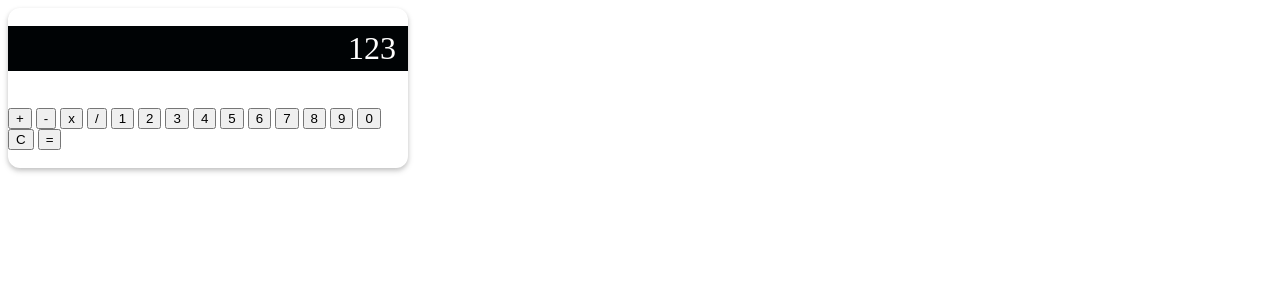
Repository: TEazy2433/LAB-calculator
Page: index.html
The author's editor kept a copy of each file at every save. The page is drawn from the files as they stood at one save, then again after the next save.
The browser window is 1280 px wide. The pictures show the whole page.

Above is the page before, as saved 2023-10-14 10:08:01.

After the next save:
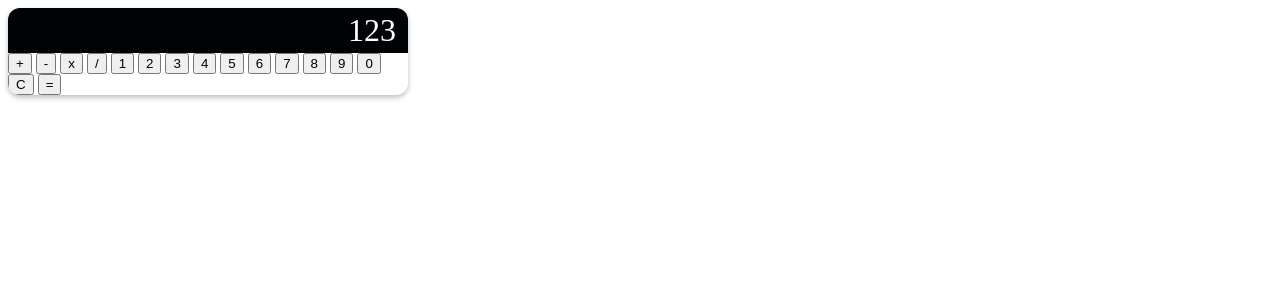
Saved 9 s later.
--- a/main.css
+++ b/main.css
@@ -3,10 +3,7 @@
   border-radius: 12px;
   overflow: hidden;
   box-shadow: 0px 3px 6px 0px rgba(0, 0, 0, 0.15), 0px 2px 4px 0px rgba(0, 0, 0, 0.12);
-  height: 10rem;
-  display: grid;
-  justify-content: center;
-  align-items: center;
+
 
 }
 .display{
